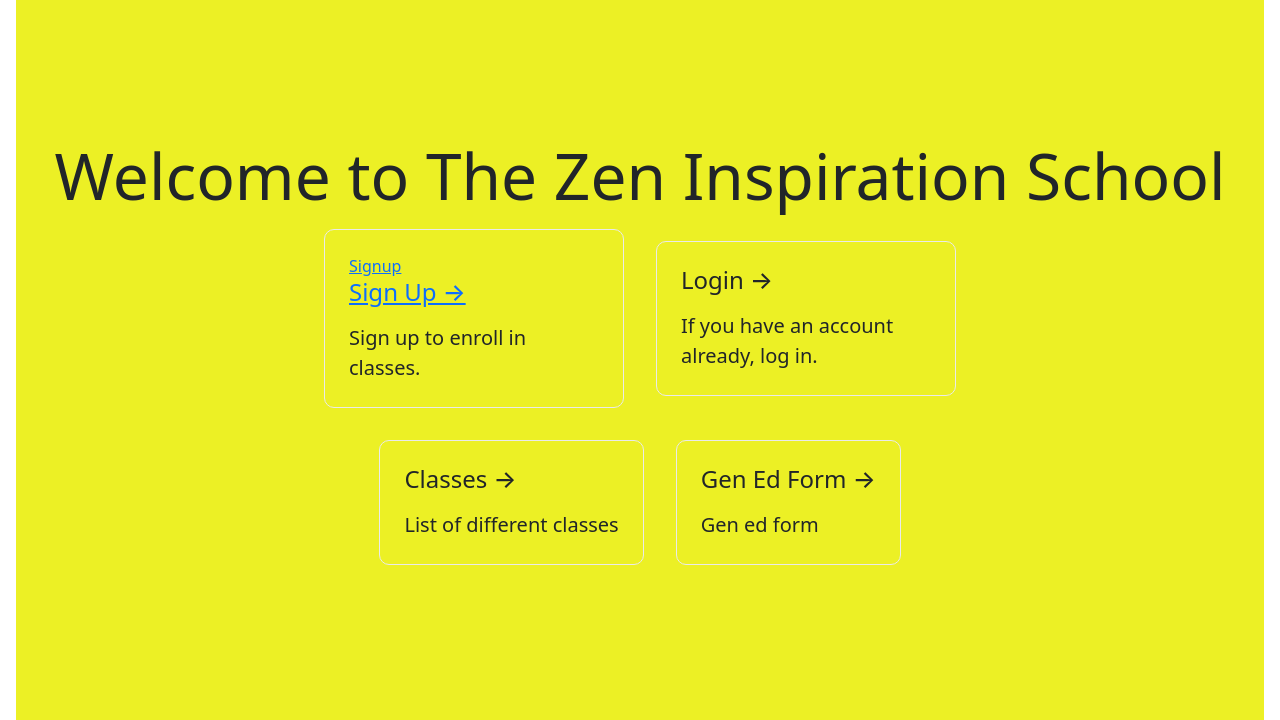
Repository: collegedude9300/zenschool
Page: /
These files come from the project's save history. The page is drawn as it stood at one moment and after the next save; the edit follows.
The browser window is 1280 px wide. The pictures show the whole page.
The project was rebuilt for these pictures with package versions that can differ from the ones it lists, and the page was loaded fresh each time. The framework's server and built-in components were replaced by stand-ins that run in the browser. Also part of the build but not shown: next.config.js.

Above is the page before, as saved 2023-12-18 14:48:22.

### pages/index.js
import Link from 'next/link';
/* eslint-disable @next/next/no-html-link-for-pages */
import Head from 'next/head'
import styles from '../styles/Home.module.css'
import 'bootstrap/dist/css/bootstrap.css'

export default function Home() {
  return (
    <section className={styles.container}>
      <Head>
        <title>Welcome to The Zen Inspiration School</title>
        <meta name="description" content="Generated by create next app" />
        <link rel="icon" href="/favicon.png" />
      </Head>
      <main className={styles.main}>
        <h1 className={styles.title}>
          Welcome to The Zen Inspiration School
        </h1>
        <div className={styles.grid}>
          <div className={styles.card}>
          <Link href="/SignUp" passHref> Signup
              <h2>Sign Up &rarr;</h2>
              </Link>
              <p>Sign up to enroll in classes.</p>
          </div>
          <div className={styles.card}>
          <Link href="/Login" passHref></Link>
              <h2>Login &rarr;</h2>
              <p>If you have an account already, log in.</p>
            </div>
            <div className={styles.card}>
          <Link href="/Classes" passHref></Link>
              <h2>Classes &rarr;</h2>
              <p>List of different classes</p>
            </div>
            <div className={styles.card}>
          <Link href="/GenEd" passHref></Link>
              <h2>Gen Ed Form &rarr;</h2>
              <p>Gen ed form</p>
              </div>
        </div>
      </main>
    </section>
  )
}

### styles/Home.module.css
.container {
  padding: 0 1rem;
}
.main {
  min-height: 100vh;
  padding: 4rem 0;
  flex: 1;
  display: flex;
  flex-direction: column;
  justify-content: center;
  align-items: center;
  background-color: #ecf025;
}
.classpage {
  min-height: 100vh;
  padding: 4rem 0;
  flex: 1;
  display: flex;
  flex-direction: column;
  justify-content: center;
  align-items: center;
  background-color: #67ff02;
}
.gened {
  min-height: 100vh;
  padding: 4rem 0;
  flex: 1;
  display: flex;
  flex-direction: column;
  justify-content: center;
  align-items: center;
  background-color: #18e6db;
}
.login {
  min-height: 100vh;
  padding: 4rem 0;
  flex: 1;
  display: flex;
  flex-direction: column;
  justify-content: center;
  align-items: center;
  background-color: #ffc400;
}
.footer {
  display: flex;
  flex: 1;
  padding: 2rem 0;
  border-top: 1px solid #eaeaea;
  justify-content: center;
  align-items: center;
}

.footer a {
  display: flex;
  justify-content: center;
  align-items: center;
  flex-grow: 1;
}

.title a {
  color: #0070f3;
  text-decoration: none;
}

.title a:hover,
.title a:focus,
.title a:active {
  text-decoration: underline;
}

.title {
  margin: 0;
  line-height: 1.15;
  font-size: 4rem;
}

.title,
.description {
  text-align: center;
}

.description {
  margin: 4rem 0;
  line-height: 1.5;
  font-size: 1.5rem;
}

.code {
  background: #fafafa;
  border-radius: 5px;
  padding: 0.75rem;
  font-size: 1.1rem;
  font-family: Menlo, Monaco, Lucida Console, Liberation Mono, DejaVu Sans Mono,
    Bitstream Vera Sans Mono, Courier New, monospace;
}

.grid {
  display: flex;
  align-items: center;
  justify-content: center;
  flex-wrap: wrap;
  max-width: 800px;
}

.card {
  margin: 1rem;
  padding: 1.5rem;
  text-align: left;
  color: inherit;
  text-decoration: none;
  border: 1px solid #eaeaea;
  border-radius: 10px;
  transition: color 0.15s ease, border-color 0.15s ease;
  max-width: 300px;
}

.card:hover,
.card:focus,
.card:active {
  color: #0070f3;
  border-color: #0070f3;
}

.card h2 {
  margin: 0 0 1rem 0;
  font-size: 1.5rem;
}

.card p {
  margin: 0;
  font-size: 1.25rem;
  line-height: 1.5;
}

.logo {
  height: 1em;
  margin-left: 0.5rem;
}

@media (max-width: 600px) {
  .grid {
    width: 100%;
    flex-direction: column;
  }
}

@media (prefers-color-scheme: dark) {
  .card,
  .footer {
    border-color: #222;
  }
  .code {
    background: #111;
  }
  .logo img {
    filter: invert(1);
  }
}

Loaded but not shown: pages/_app.js (common file); styles/globals.css (common file)

After the next save:
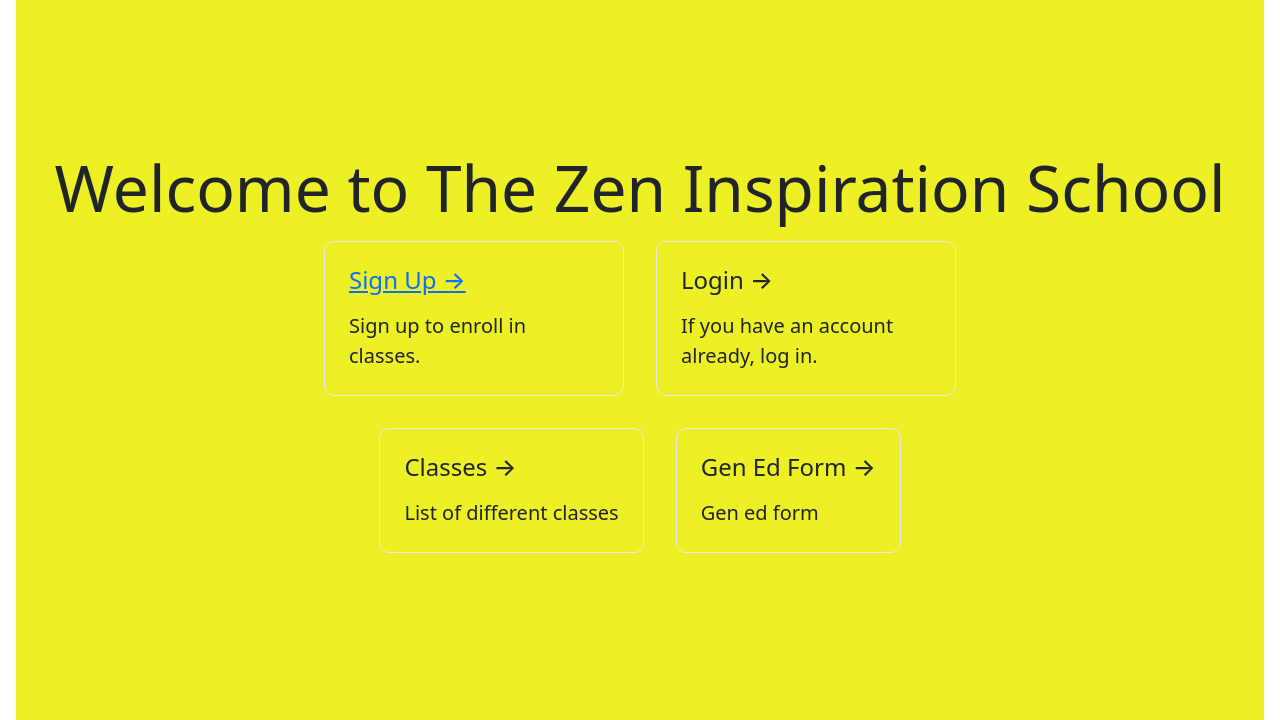
Saved 13 s later.
--- a/pages/index.js
+++ b/pages/index.js
@@ -18,7 +18,7 @@ export default function Home() {
         </h1>
         <div className={styles.grid}>
           <div className={styles.card}>
-          <Link href="/SignUp" passHref> Signup
+          <Link href="/SignUp" passHref>
               <h2>Sign Up &rarr;</h2>
               </Link>
               <p>Sign up to enroll in classes.</p>
